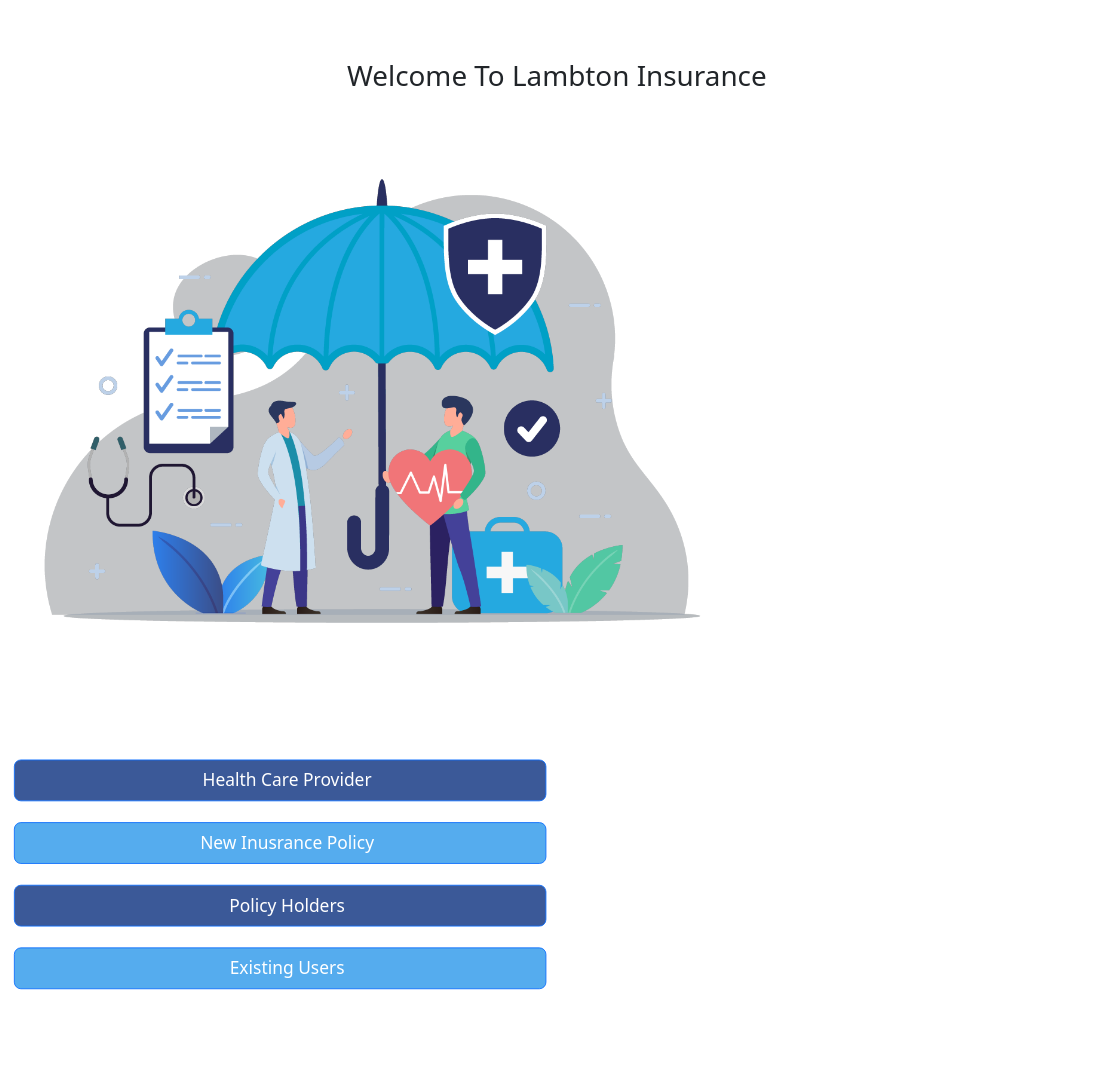
Repository: Puttaz/InsuranceGUI_React
Page: /index (app in client/)
The author's editor kept a copy of each file at every save. The page is drawn from the files as they stood at one save, then again after the next save.
The browser window is 1280 px wide. The pictures show the whole page, at 87% of full size.
The project was rebuilt for these pictures with package versions that can differ from the ones it lists, and the page was loaded fresh each time. Also part of the build but not shown: client/vite.config.js, client/src/Index.css, client/src/Users.jsx, client/src/CreateUser.jsx, client/src/UpdateUser.jsx.

Above is the page before, as saved 2023-12-06 17:43:49.

### client/src/App.jsx
import { useState } from 'react'
import './App.css'
import {BrowserRouter, Routes, Route} from 'react-router-dom'
import 'bootstrap/dist/css/bootstrap.min.css'
import Index from './Index'
import Users from './Users'
import CreateUser from './CreateUser'
import UpdateUser from './UpdateUser'

function App() {
  const [count, setCount] = useState(0)

  return (
    <div>
      <BrowserRouter>
        <Routes>
          <Route path='/index' element = {<Index />}></Route>
          <Route path='/viewusers' element = {<Users />}></Route>
          <Route path='/createuser' element = {<CreateUser />}></Route>
          <Route path='/updateuser/:id' element = {<UpdateUser />}></Route>
        </Routes>
      </BrowserRouter>
    </div>
  )
}

export default App

### client/src/Index.jsx
import React from 'react';
import './App.css'; // Import your CSS file for styling
import Homepage from "./Homepage.png";
import './Index.css'

import {
  MDBContainer,
  MDBCol,
  MDBRow,
  MDBBtn,
  MDBIcon,
  MDBInput,
  MDBCheckbox
}
from 'mdb-react-ui-kit';

function App() {
  return (
    <MDBContainer fluid className="p-3 my-5">
      <div className="text-center">
      <h2 className="mt-1 mb-5 pb-1">Welcome To Lambton Insurance</h2>
      </div>
      <MDBRow>

        <MDBCol col='10' md='8'>

          <img src={Homepage}
          class="img-fluid" alt="home image" />
        </MDBCol>

        <MDBCol col='4' md='6'>

          <MDBBtn className="mb-4 w-100" size="lg" style={{backgroundColor: '#3b5998'}}>
            <MDBIcon fab icon="facebook-f" className="mx-2"/>
            Health Care Provider
          </MDBBtn>

          <MDBBtn className="mb-4 w-100" size="lg" style={{backgroundColor: '#55acee'}}>
            <MDBIcon fab icon="twitter" className="mx-2"/>
            New Inusrance Policy
          </MDBBtn>

          <MDBBtn className="mb-4 w-100" size="lg" style={{backgroundColor: '#3b5998'}}>
            <MDBIcon fab icon="facebook-f" className="mx-2"/>
            Policy Holders
          </MDBBtn>

          <MDBBtn className="mb-4 w-100" size="lg" style={{backgroundColor: '#55acee'}}>
            <MDBIcon fab icon="twitter" className="mx-2"/>
            Existing Users
          </MDBBtn>

        </MDBCol>

      </MDBRow>

    </MDBContainer>
  );
}

export default App;

Loaded but not shown: client/index.html (common file); client/src/main.jsx (common file); client/src/App.css (no stored copy; drawn as an empty file)

After the next save:
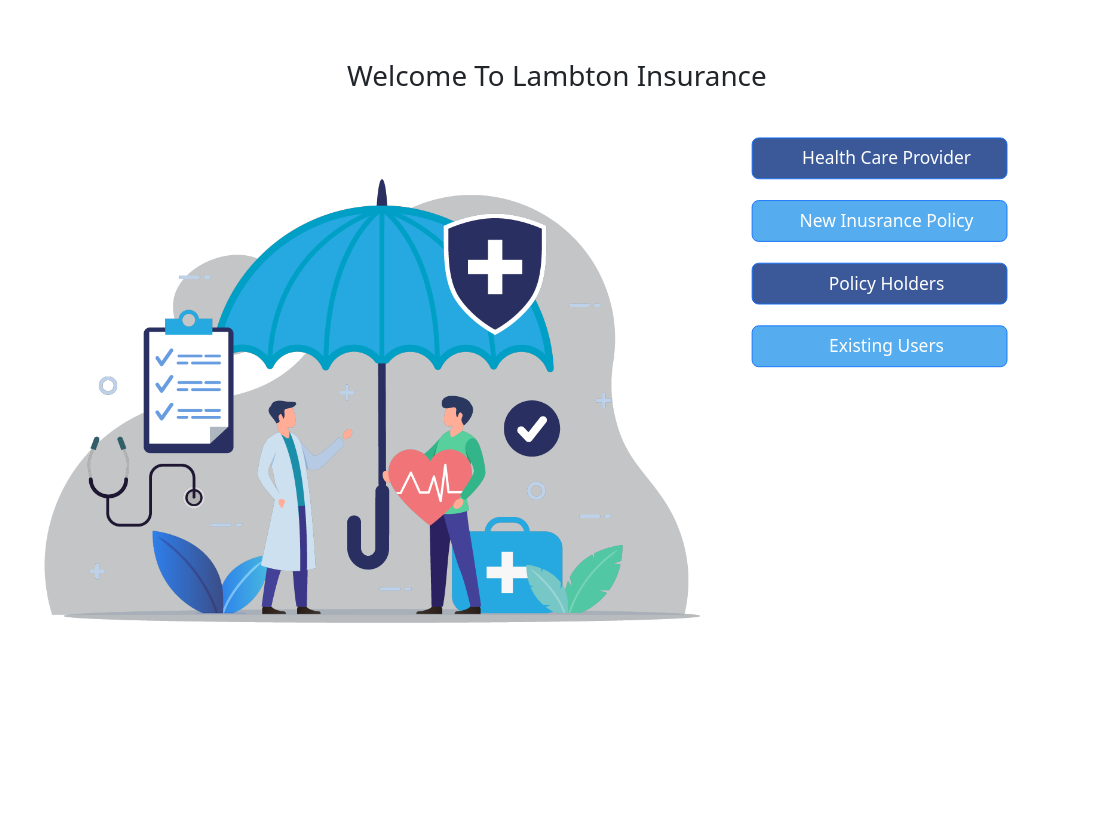
Saved 5 s later.
--- a/client/src/Index.jsx
+++ b/client/src/Index.jsx
@@ -28,7 +28,7 @@ function App() {
           class="img-fluid" alt="home image" />
         </MDBCol>
 
-        <MDBCol col='4' md='6'>
+        <MDBCol col='4' md='3'>
 
           <MDBBtn className="mb-4 w-100" size="lg" style={{backgroundColor: '#3b5998'}}>
             <MDBIcon fab icon="facebook-f" className="mx-2"/>
